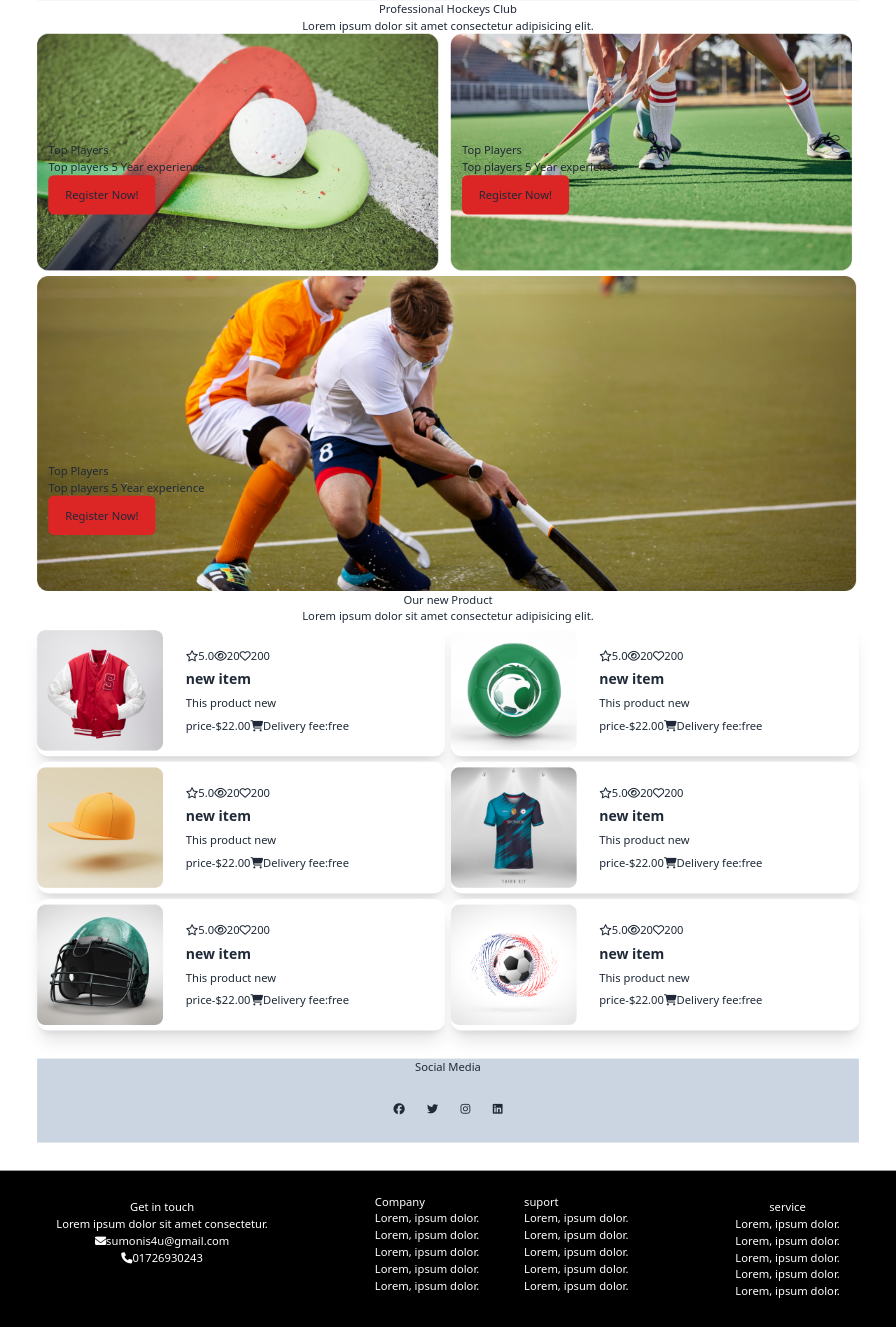
Repository: sumonkumarsarkar/bd-hockeys-team
Page: index.html
These files come from the project's save history. The page is drawn as it stood at one moment and after the next save; the edit follows.
The browser window is 1280 px wide. The pictures show the part of the page from y = 1086 to 3006 px (the page is 2982 px tall before and 3006 px after), at 70% of full size.
Some web libraries are served in a nearby version.

Above is the page before, as saved 2024-01-24 00:09:06.

After the next save:
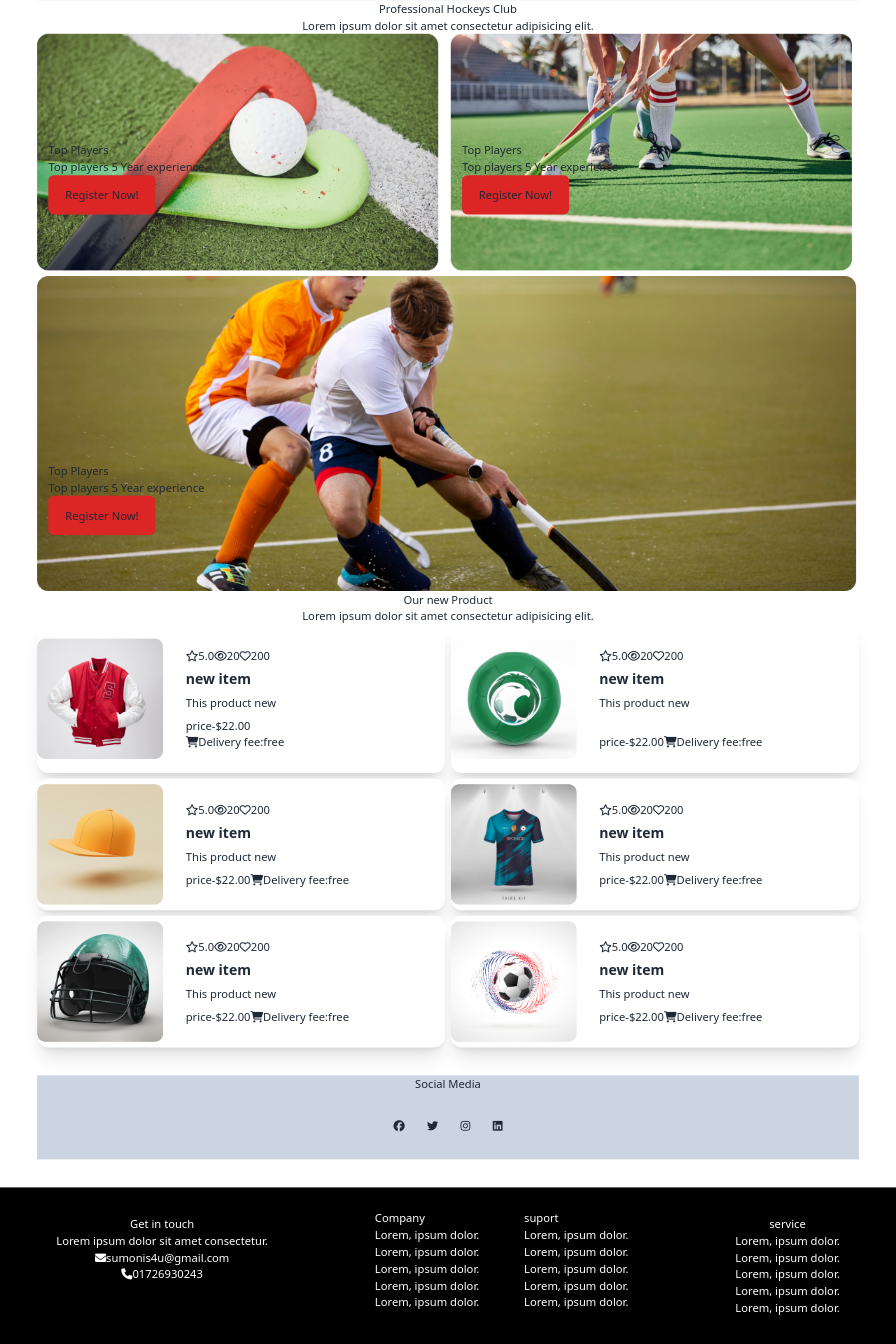
Saved 63 s later.
--- a/index.html
+++ b/index.html
@@ -214,7 +214,7 @@
           </div>
       <h2 class="card-title">new item </h2>
       <p>This product new</p>
-      <div class="flex">
+      <div class="flex flex-col">
         <div>
             <h2>price-$22.00</h2>
         </div>

After the save that followed:
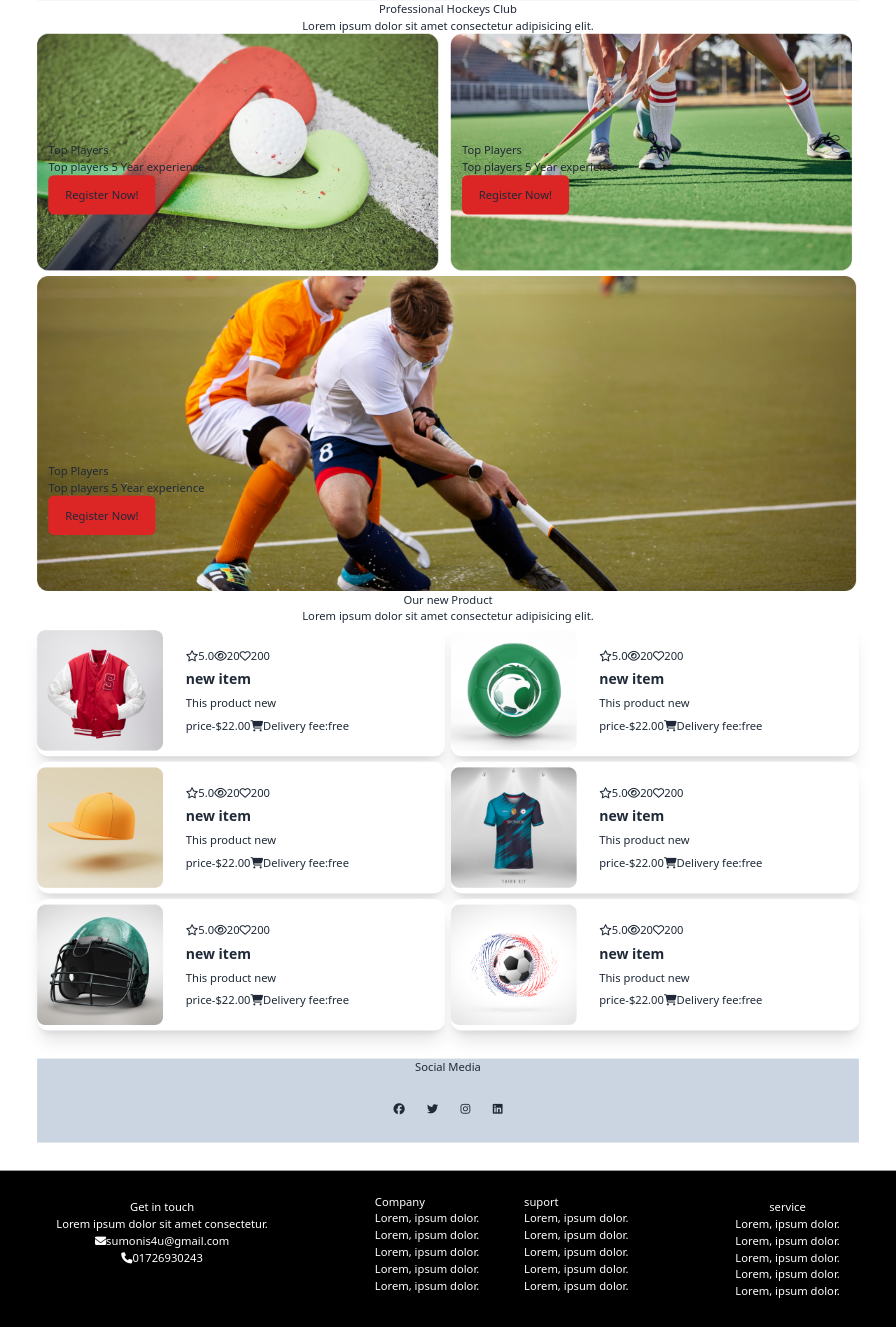
Saved 57 s later.
--- a/index.html
+++ b/index.html
@@ -214,7 +214,7 @@
           </div>
       <h2 class="card-title">new item </h2>
       <p>This product new</p>
-      <div class="flex flex-col">
+      <div class="flex flex-row">
         <div>
             <h2>price-$22.00</h2>
         </div>
